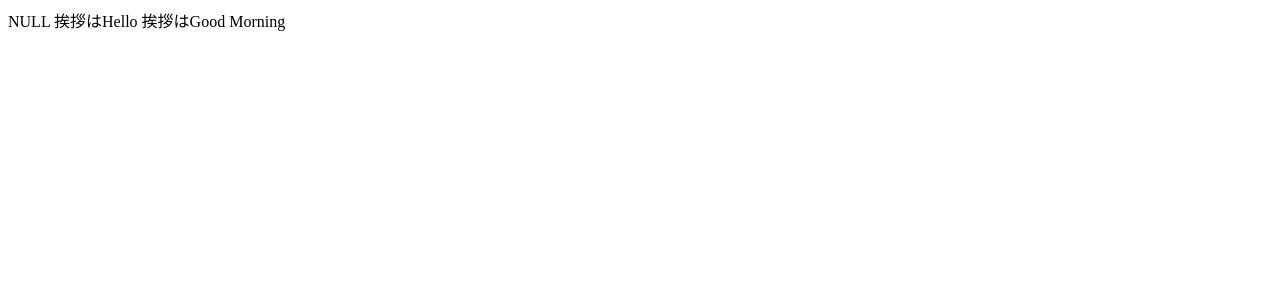
Repository: movingfastball/2020_stady
Page: http://localhost/calc1.php
An editor plug-in stored every save of this project. The page is shown before and after the next save, followed by the edit.
The browser window is 1280 px wide. The pictures show the whole page.
The page is run by PHP 8.4 with error messages shown; the project is at /var/www/html/.

Above is the page before, as saved 2020-12-15 20:28:10.

### 2/operator/calc1.php
<body>
<?php
    $greeting = null;
    $message = $greeting === null ? 'Hello':$greeting;
    var_dump($greeting);
    echo'挨拶は',$message,PHP_EOL;

    $greeting = 'Good Morning';
    $message = $greeting === null ? 'Hello':$greeting;
    echo'挨拶は',$message,PHP_EOL;


?>

After the next save:
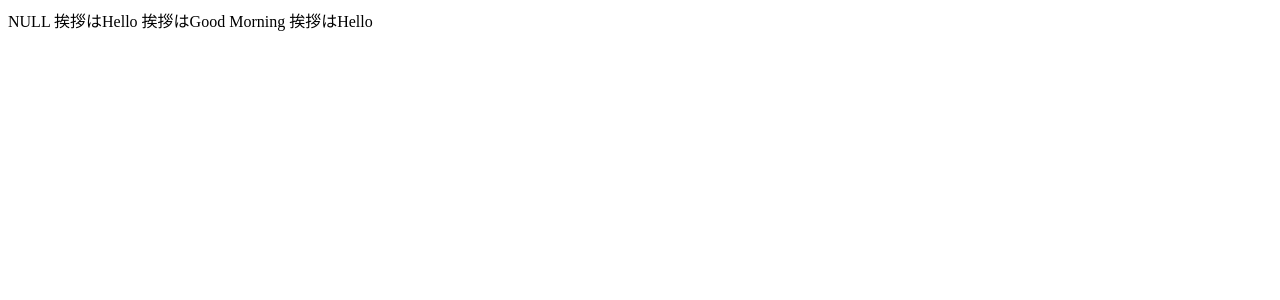
Saved 8 min 3 s later.
--- a/2/operator/calc1.php
+++ b/2/operator/calc1.php
@@ -9,5 +9,7 @@
     $message = $greeting === null ? 'Hello':$greeting;
     echo'挨拶は',$message,PHP_EOL;
 
-
+    $greeting = null;
+    $message = $greeting ?? 'Hello';
+    echo'挨拶は',$message,PHP_EOL;
 ?>
